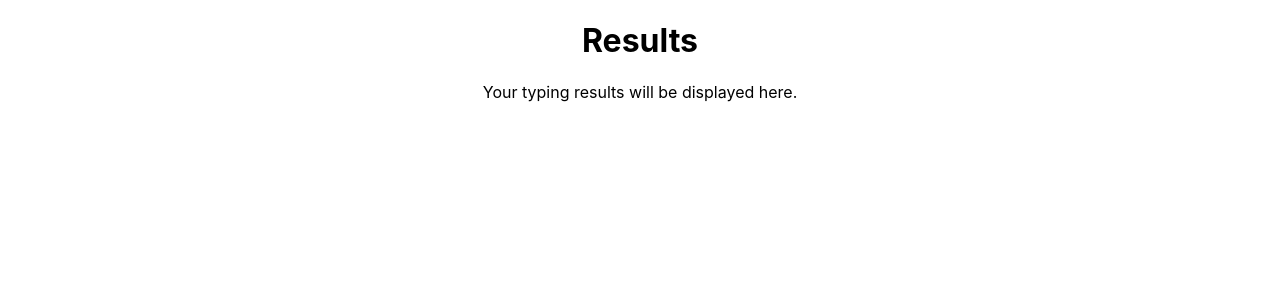
Repository: abhaysharma20233009/swiftKey
Page: /results (app in frontend/my-app/)
These files come from the project's save history. The page is drawn as it stood at one moment and after the next save; the edit follows.
The browser window is 1280 px wide. The pictures show the whole page.
The project was rebuilt for these pictures with package versions that can differ from the ones it lists, and the page was loaded fresh each time. Also part of the build but not shown: frontend/my-app/src/Swifts.js.

Above is the page before, as saved 2024-10-10 09:51:49.

### frontend/my-app/src/App.js
//App.js

import './App.css';
import React from 'react';
import { BrowserRouter as Router, Route, Routes } from 'react-router-dom';
import Swift from './Swifts';
import Results from './Results';

const App = () => {
    return (
        <Router>
			<div className="App">
            <Routes>
                <Route path="/" element={<Swift />} />
                <Route path="/results" element={<Results />} />
            </Routes>
			</div>
        </Router>
    );
};

export default App;

### frontend/my-app/src/Results.js
// Results.js
import React from 'react';
function Results() {
    return (
        <div style={{ textAlign: 'center', marginTop: '20px' }}>
            <h1>Results</h1>
            <p>Your typing results will be displayed here.</p>


        </div>
    );
}

export default Results;

Loaded but not shown: frontend/my-app/public/index.html (common file); frontend/my-app/src/index.js (common file); frontend/my-app/src/index.css (common file); frontend/my-app/src/reportWebVitals.js (common file); frontend/my-app/src/App.css (common file)

After the next save:
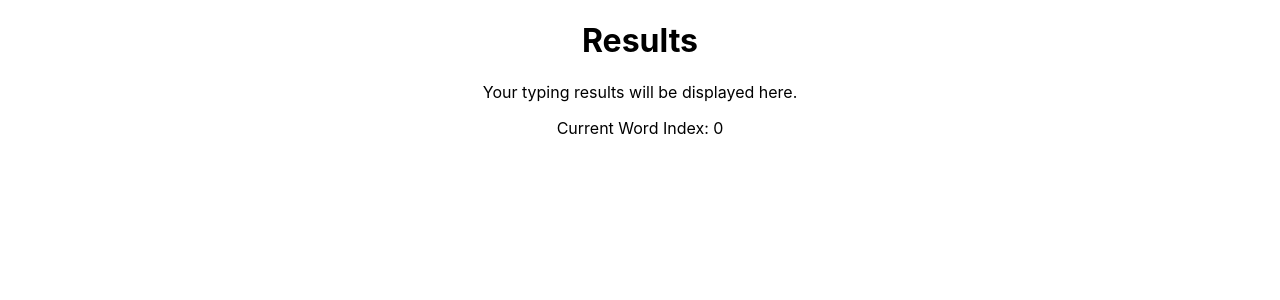
Saved 14 s later.
--- a/frontend/my-app/src/Results.js
+++ b/frontend/my-app/src/Results.js
@@ -1,12 +1,15 @@
-// Results.js
 import React from 'react';
+import { useLocation } from 'react-router-dom';
+
 function Results() {
+    const location = useLocation();
+    const currentWordIndex = location.state?.currentWordIndex || 0; // Get currentWordIndex from state
+
     return (
         <div style={{ textAlign: 'center', marginTop: '20px' }}>
             <h1>Results</h1>
             <p>Your typing results will be displayed here.</p>
-
-
+            <p>Current Word Index: {currentWordIndex}</p>
         </div>
     );
 }
